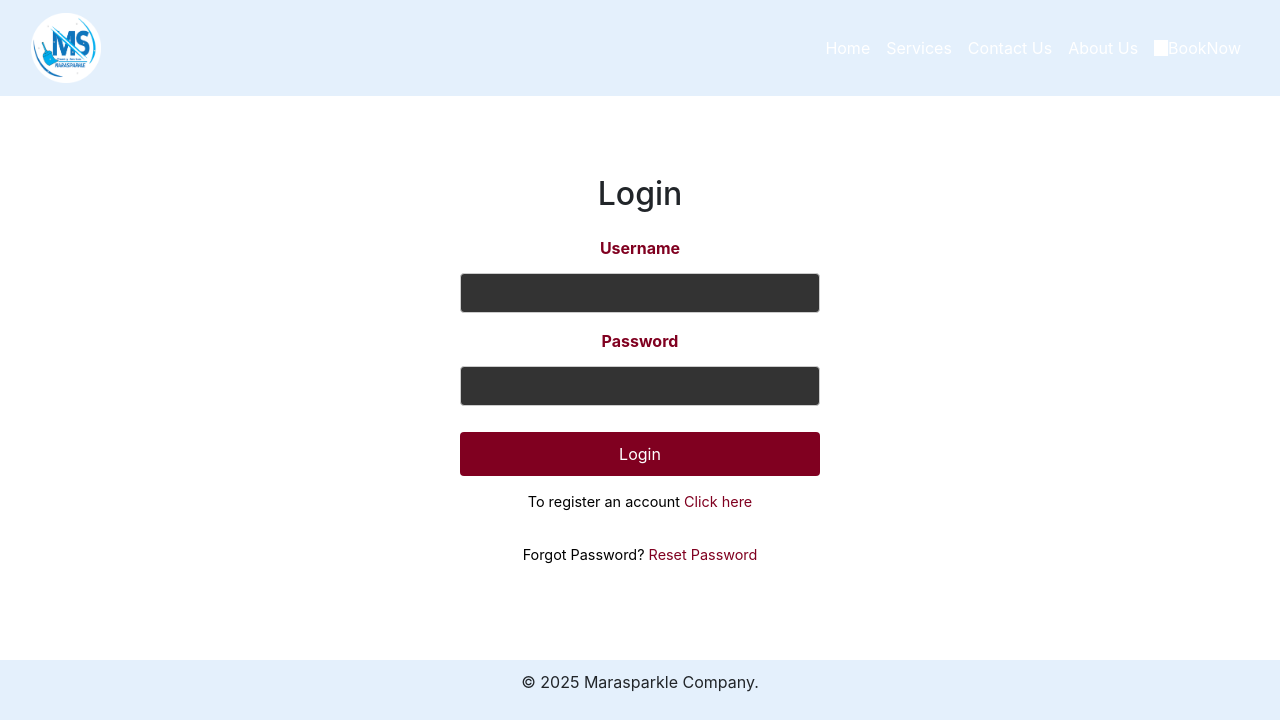
Repository: guineveretim/sparkle
Page: http://localhost/login/
These files come from the project's save history. The page is drawn as it stood at one moment and after the next save; the edit follows.
The browser window is 1280 px wide. The pictures show the whole page.
The page is served by the project's application, run on Django 5.2 (manage.py).

Above is the page before, as saved 2025-03-27 17:01:10.

After the next save:
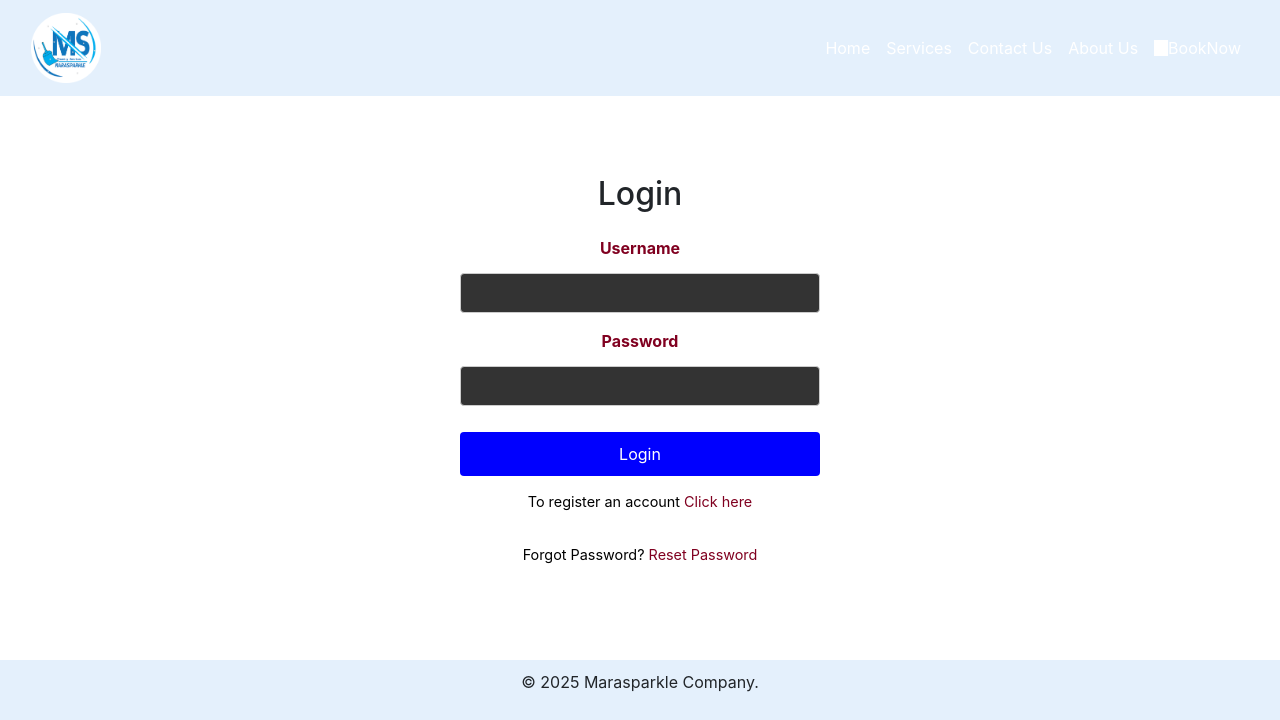
Saved 2 min 0 s later.
--- a/templates/authentication/login.html
+++ b/templates/authentication/login.html
@@ -39,11 +39,7 @@
             text-align: center;
         }
 
-        .logo {
-            width: 100px;
-            margin: 0 auto 20px;
-            border-radius: 50%;
-        }
+
 
         h2 {
             margin-bottom: 20px;
@@ -103,7 +99,7 @@
 
         .submit-btn {
             padding: 10px 15px;
-            background-color:#800020;
+            background-color:blue;
             color: #fff;
             border: none;
             border-radius: 4px;
@@ -115,7 +111,7 @@
         }
 
         .submit-btn:hover {
-            background-color:rgb(104, 31, 31);
+            background-color:rgb(25, 75, 214);
         }
 
         .signup-link,
